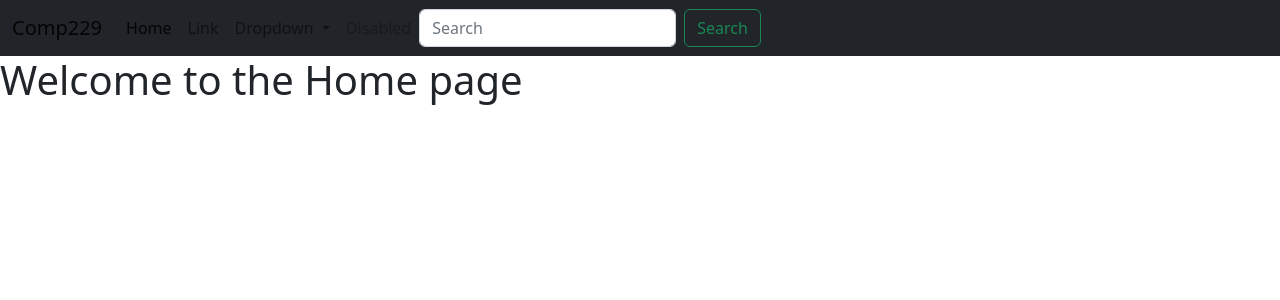
Repository: nhoque7/week3t.2
Page: http://localhost/
These files come from the project's save history. The page is drawn as it stood at one moment and after the next save; the edit follows.
The browser window is 1280 px wide. The pictures show the whole page.
The page is served by the project's Node server (server.js). Other server files are loaded and not shown.

Above is the page before, as saved 2022-10-13 14:36:24.

### views/index.ejs
<!DOCTYPE html>
<html lang="en">
<head>
  <meta charset="UTF-8">
  <meta http-equiv="X-UA-Compatible" content="IE=edge">
  <meta name="viewport" content="width=device-width, initial-scale=1.0">
  <title><%= title %></title>
  <!-- CSS Section -->
  <link rel="stylesheet" href="/bootstrap/dist/css/bootstrap.min.css">
  <link rel="stylesheet" href="/@fortawesome/fontawesome-free/css/all.min.css">
  <link rel='stylesheet' href='/Content/app.css' />

</head>
<body>
  <!--Main Navigation-->
  <nav class="navbar navbar-expand-lg bg-dark">
    <div class="container-fluid">
      <a class="navbar-brand" href="#">Comp229</a>
      <button class="navbar-toggler" type="button" data-bs-toggle="collapse" data-bs-target="#navbarSupportedContent" aria-controls="navbarSupportedContent" aria-expanded="false" aria-label="Toggle navigation">
        <span class="navbar-toggler-icon"></span>
      </button>

      <div class="collapse navbar-collapse" id="navbarSupportedContent">
        <ul class="navbar-nav mr-auto">
          <li class="nav-item">
            <a class="nav-link active" aria-current="page" href="#">Home</a>
          </li>
          <li class="nav-item">
            <a class="nav-link" href="#">Link</a>
          </li>
          <li class="nav-item dropdown">
            <a class="nav-link dropdown-toggle" href="#" role="button" data-bs-toggle="dropdown" aria-expanded="false">
              Dropdown
            </a>
            <ul class="dropdown-menu">
              <li><a class="dropdown-item" href="#">Action</a></li>
              <li><a class="dropdown-item" href="#">Another action</a></li>
              <li><hr class="dropdown-divider"></li>
              <li><a class="dropdown-item" href="#">Something else here</a></li>
            </ul>
          </li>
          <li class="nav-item">
            <a class="nav-link disabled">Disabled</a>
          </li>
        </ul>
        <form class="d-flex" role="search">
          <input class="form-control me-2" type="search" placeholder="Search" aria-label="Search">
          <button class="btn btn-outline-success" type="submit">Search</button>
        </form>
      </div>
    </div>
  </nav>
  <h1>Welcome to the <%= title %> page</h1>





    <!-- Script Section -->
    <script src="/jquery/dist/jquery.min.js"></script>
    <script src="/bootstrap/dist/js/bootstrap.min.js"></script>
    <script src="/Scripts/app.js"></script>

</body>
</html>

### server.js
#!/usr/bin/env node

/**
 * Module dependencies.
 */

var app = require('./app');
var debug = require('debug')('week3.t.2:server');
var http = require('http');

/**
 * Get port from environment and store in Express.
 */

var port = normalizePort(process.env.PORT || '3000');
app.set('port', port);

/**
 * Create HTTP server.
 */

var server = http.createServer(app);

/**
 * Listen on provided port, on all network interfaces.
 */

server.listen(port);
server.on('error', onError);
server.on('listening', onListening);

/**
 * Normalize a port into a number, string, or false.
 */

function normalizePort(val) {
  var port = parseInt(val, 10);

  if (isNaN(port)) {
    // named pipe
    return val;
  }

  if (port >= 0) {
    // port number
    return port;
  }

  return false;
}

/**
 * Event listener for HTTP server "error" event.
 */

function onError(error) {
  if (error.syscall !== 'listen') {
    throw error;
  }

  var bind = typeof port === 'string'
    ? 'Pipe ' + port
    : 'Port ' + port;

  // handle specific listen errors with friendly messages
  switch (error.code) {
    case 'EACCES':
      console.error(bind + ' requires elevated privileges');
      process.exit(1);
      break;
    case 'EADDRINUSE':
      console.error(bind + ' is already in use');
      process.exit(1);
      break;
    default:
      throw error;
  }
}

/**
 * Event listener for HTTP server "listening" event.
 */

function onListening() {
  var addr = server.address();
  var bind = typeof addr === 'string'
    ? 'pipe ' + addr
    : 'port ' + addr.port;
  debug('Listening on ' + bind);
}

### routes/index.js
var express = require('express');
var router = express.Router();

/* GET home page. */
router.get('/', function(req, res, next) {
  res.render('index',
    { title: 'Home'});
});
/* GET home page. */
router.get('/home', function(req, res, next) {
  res.render('index',
    { title: 'Home'});
});
/* GET About page. */
router.get('/about', function(req, res, next) {
  res.render('index',
    { title: 'About'});
});
/* GET Products page. */
router.get('/products', function(req, res, next) {
  res.render('index',
    { title: 'Products'});
});
/* GET Services page. */
router.get('/services', function(req, res, next) {
  res.render('index',
    { title: 'Services'});
});

/* GET Contact Us page. */
router.get('/contact', function(req, res, next) {
  res.render('index',
    { title: 'Contact Us'});
});

module.exports = router;

### app.js
let createError = require('http-errors');
let express = require('express');
let path = require('path');
let cookieParser = require('cookie-parser');
let logger = require('morgan');

let indexRouter = require('./routes/index');
let usersRouter = require('./routes/users');

let app = express();

// view engine setup
app.set('views', path.join(__dirname, 'views'));
app.set('view engine', 'ejs');

app.use(logger('dev'));
app.use(express.json());
app.use(express.urlencoded({ extended: false }));
app.use(cookieParser());
app.use(express.static(path.join(__dirname, 'public')));
app.use(express.static(path.join(__dirname, 'node_modules')));

app.use('/', indexRouter);
app.use('/users', usersRouter);

// catch 404 and forward to error handler
app.use(function(req, res, next) {
  next(createError(404));
});

// error handler
app.use(function(err, req, res, next) {
  // set locals, only providing error in development
  res.locals.message = err.message;
  res.locals.error = req.app.get('env') === 'development' ? err : {};

  // render the error page
  res.status(err.status || 500);
  res.render('error');
});

module.exports = app;

### public/Content/app.css
/*custom css goes here

### public/Scripts/app.js
// IIFE -- Immediately Invoked Function Expression
(function(){
    function Start()
    {
        console.log("App Started...");
    }
    window.addEventListener("load", Start);

});

After the next save:
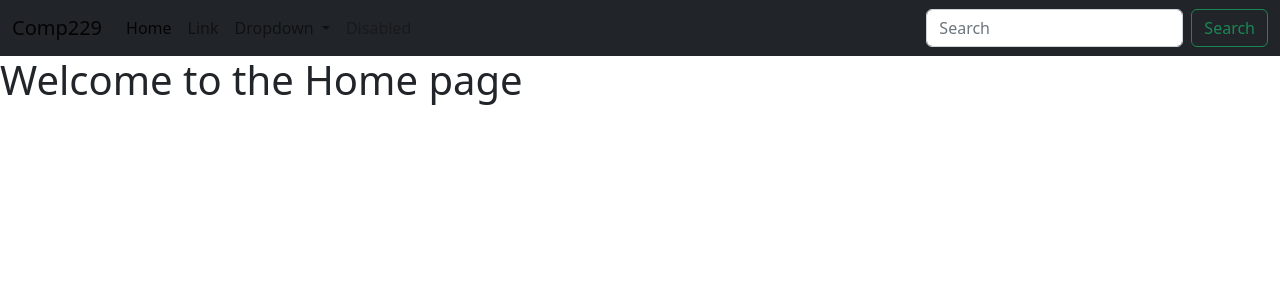
Saved 14 s later.
--- a/views/index.ejs
+++ b/views/index.ejs
@@ -21,7 +21,7 @@
       </button>
 
       <div class="collapse navbar-collapse" id="navbarSupportedContent">
-        <ul class="navbar-nav mr-auto">
+        <ul class="navbar-nav me-auto mb-2 mb-lg-0">
           <li class="nav-item">
             <a class="nav-link active" aria-current="page" href="#">Home</a>
           </li>
